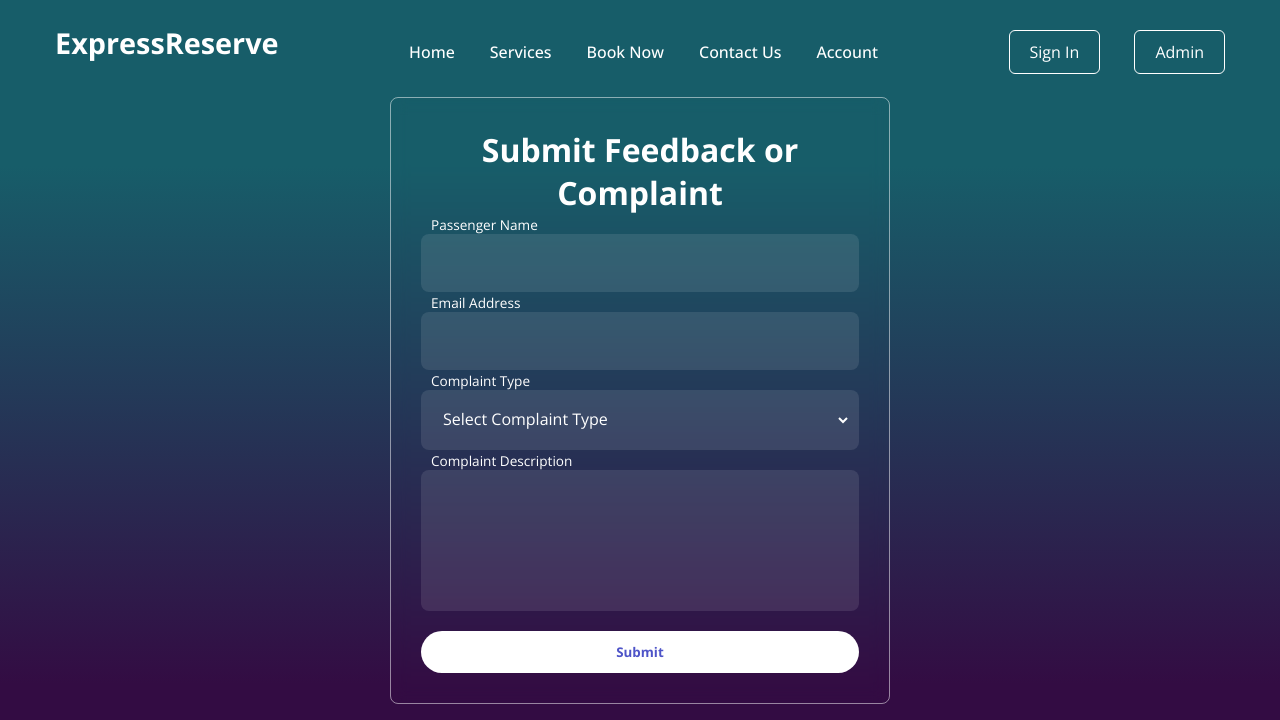
Repository: AmodhyaSharinda/Train-Reservation-system
Page: http://localhost/Train_reserve/ContactUs.jsp
An editor plug-in stored every save of this project. The page is shown before and after the next save, followed by the edit.
The browser window is 1280 px wide. The pictures show the whole page.
The page is served by Tomcat 9.

Above is the page before, as saved 2024-10-08 08:19:08.

After the next save:
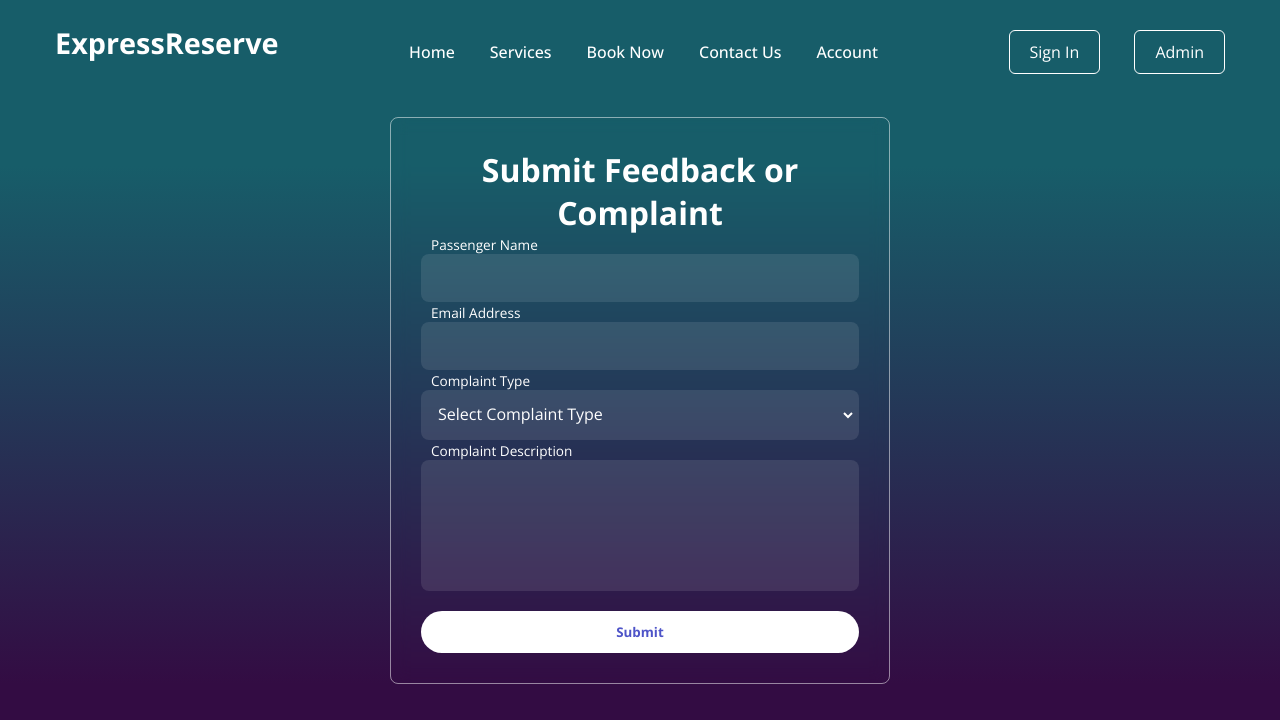
Saved 20 s later.
--- a/Train reserve/src/main/webapp/ContactUs.jsp
+++ b/Train reserve/src/main/webapp/ContactUs.jsp
@@ -48,7 +48,7 @@
 .input-field {
     position: relative;
     margin: 20px 0;
-    padding: 8px;
+    padding: 3px;
     background: rgba(255, 255, 255, 0.1);
     border-radius: 8px;
     transition: background 0.3s ease;
